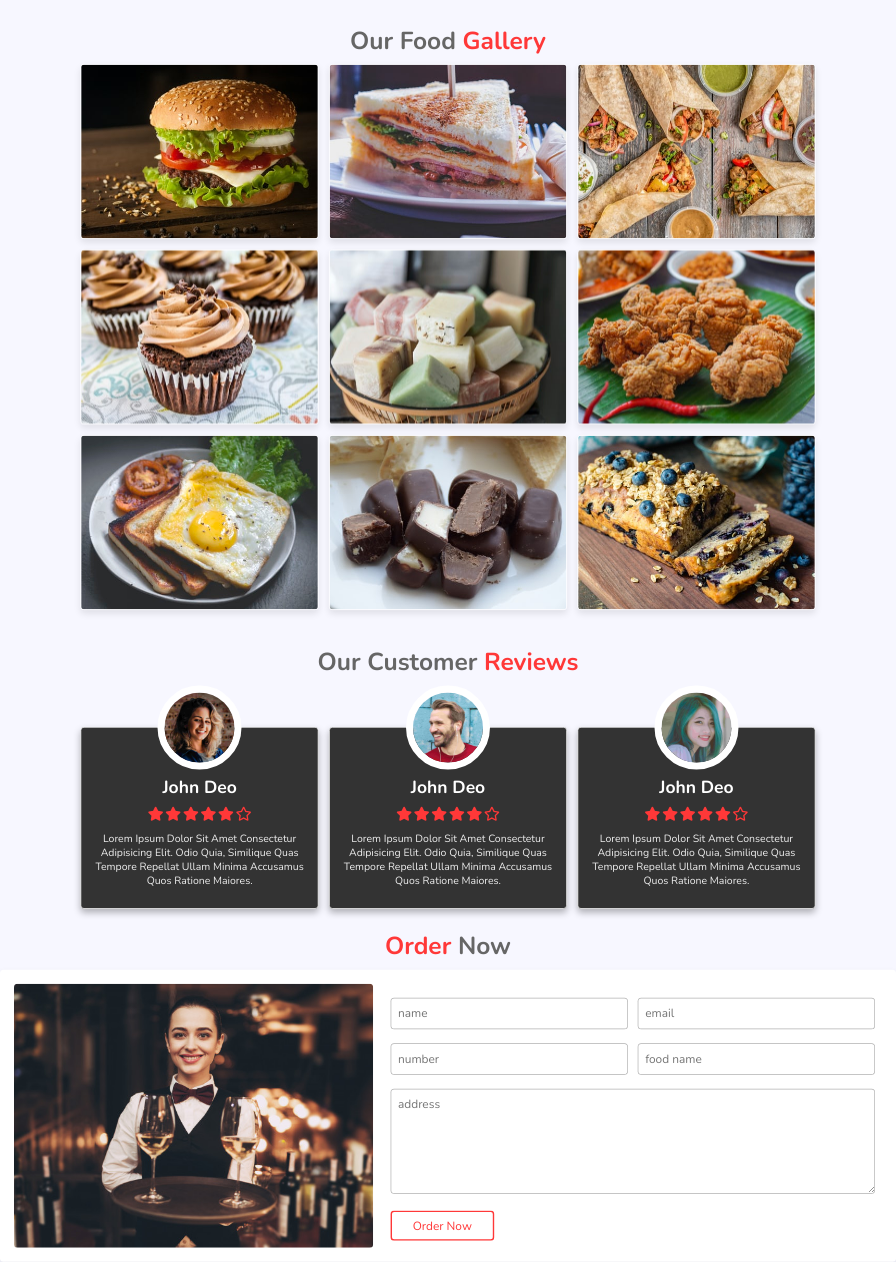
Repository: ManhTanVN/food
Page: index.html
An editor plug-in stored every save of this project. The page is shown before and after the next save, followed by the edit.
The browser window is 1280 px wide. The pictures show the part of the page from y = 2698 to 4618 px (the page is 4501 px tall before and 4618 px after), at 70% of full size.
The style sheet was rebuilt from its Sass, Less or Tailwind sources for each picture, by a compiler version that may differ from the author's.

Above is the page before, as saved 2021-08-29 21:33:19.

After the next save:
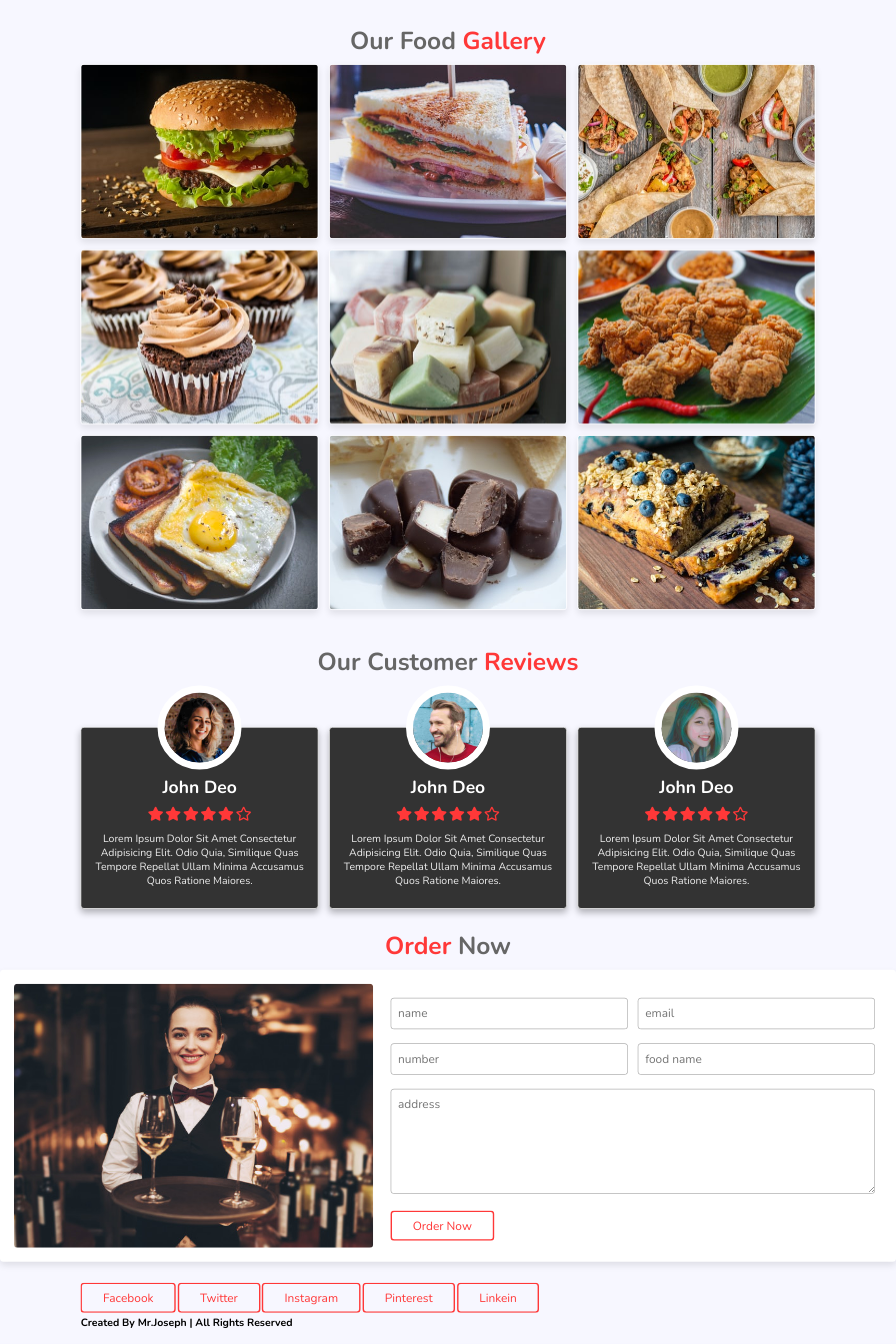
Saved 8 min 2 s later.
--- a/index.html
+++ b/index.html
@@ -362,6 +362,20 @@
     </div>
     <!-- order section ends -->
 
+    <!-- footer section starts -->
+    <section class="footer">
+        <div class="share">
+            <a href="#" class="btn">facebook</a>
+            <a href="#" class="btn">twitter</a>
+            <a href="#" class="btn">instagram</a>
+            <a href="#" class="btn">pinterest</a>
+            <a href="#" class="btn">linkein</a>
+        </div>
+
+        <h1 class="credit">created by <span>mr.Joseph </span>| all rights reserved</h1>
+    </section>
+    <!-- footer section ends -->
+
 <!-- custom js -->
 <script src="./assets/js/main.js"></script>
 <!-- custom js -->
